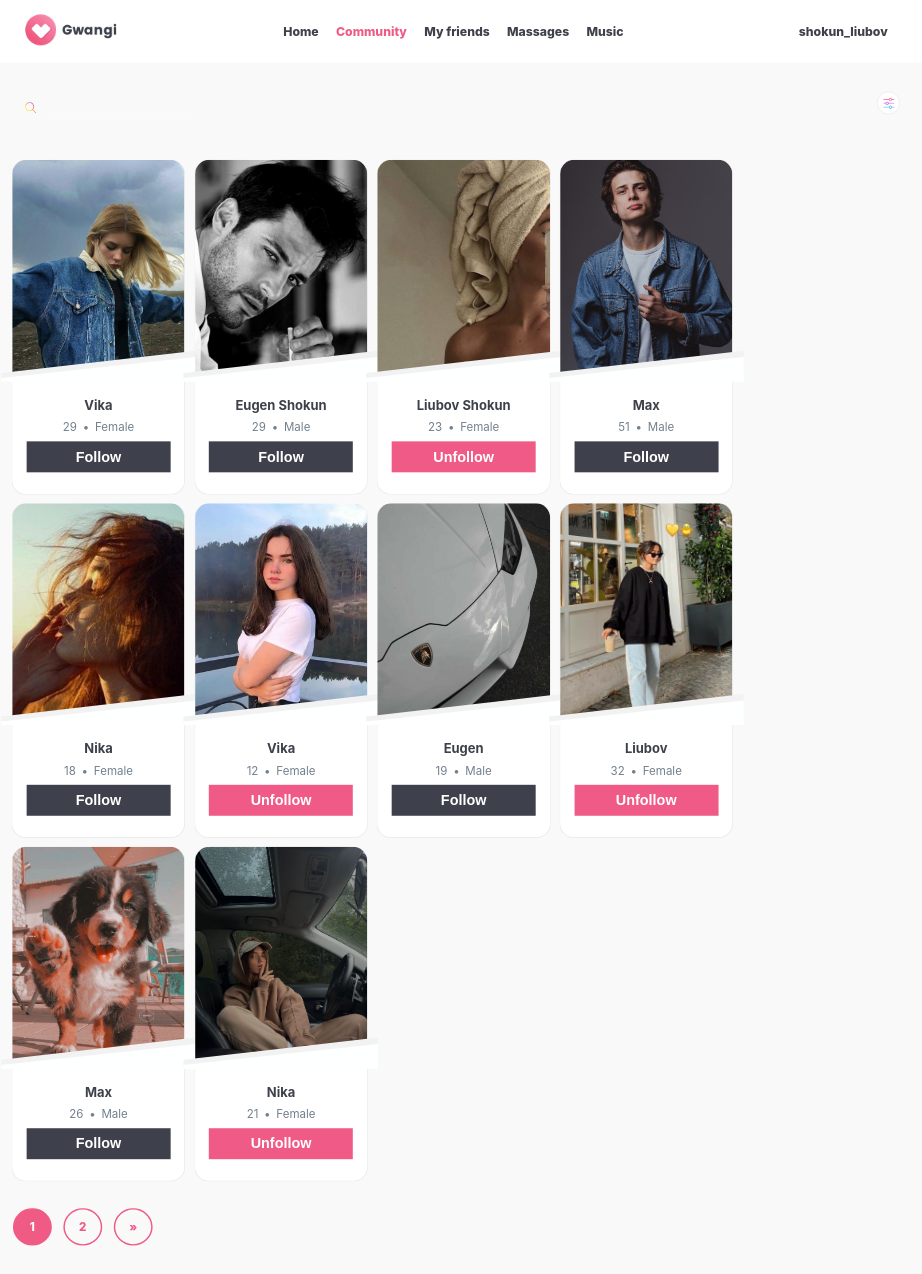
Repository: ShokunLiubov/Soc-Network-React
Page: /community
These files come from the project's save history. The page is drawn as it stood at one moment and after the next save; the edit follows.
The browser window is 1280 px wide. The pictures show the whole page, at 72% of full size.
The project was rebuilt for these pictures with package versions that can differ from the ones it lists, and the page was loaded fresh each time. Requests to the local data server were answered from the project's data file. Also part of the build but not shown: src/components/Auth/Registration/Registration.module.css, src/components/Auth/Registration/Registration.jsx, src/components/Dialogs/Dialogs.module.css, src/components/Dialogs/DialogItem/DialogItem.jsx, src/components/Dialogs/Massage/Massage.jsx, src/components/Dialogs/Dialogs.jsx, src/components/Home/Home.jsx, src/components/Music/Music.jsx and 9 more.

Above is the page before, as saved 2022-08-26 16:17:54.

After the next save:
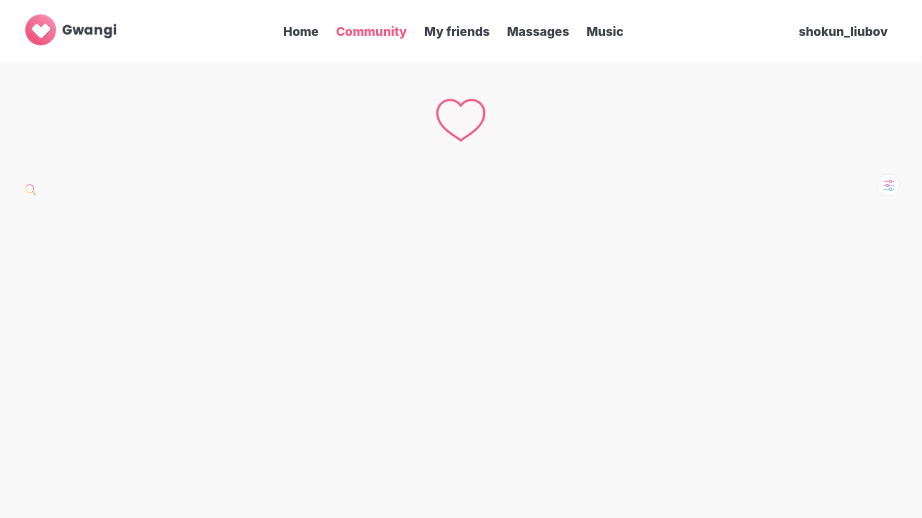
Saved 2 min 28 s later.
--- a/src/components/Community/CommunityContainer.jsx
+++ b/src/components/Community/CommunityContainer.jsx
@@ -10,12 +10,12 @@
     componentDidMount() {
         this.props.toggleFetching(true)
 
-        usersAPI.getUsers(this.props.currentPage, this.props.pageSize).then(data => {
-                this.props.toggleFetching(false)
-                this.props.setUsers(data)
-                this.props.setUsersTotalCount(20)
+        // usersAPI.getUsers(this.props.currentPage, this.props.pageSize).then(data => {
+        //         this.props.toggleFetching(false)
+        //         this.props.setUsers(data)
+        //         this.props.setUsersTotalCount(20)
 
-            })
+        //     })
     }
 
     onPageClick = (page) => {

After the save that followed:
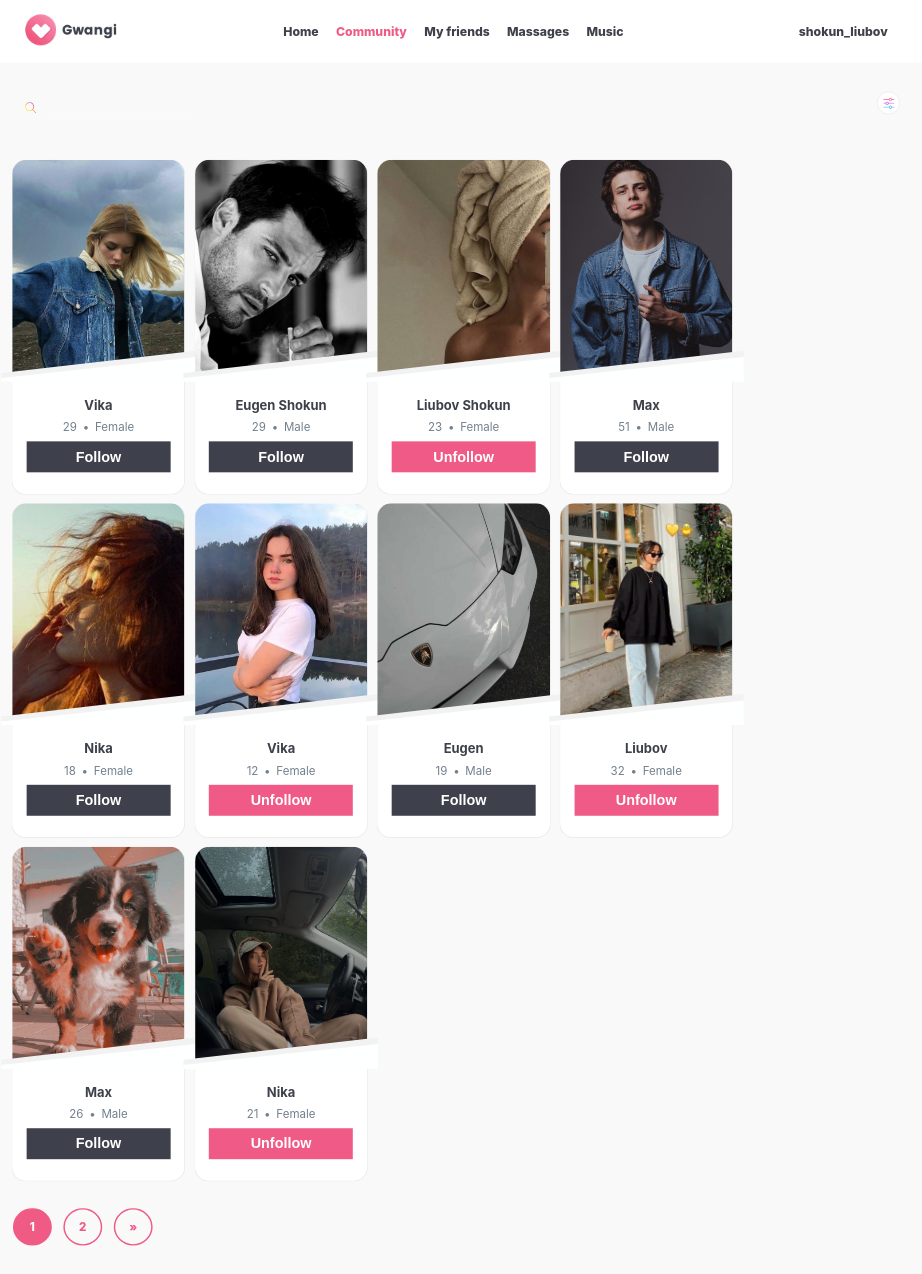
Saved 8 s later.
--- a/src/components/Community/CommunityContainer.jsx
+++ b/src/components/Community/CommunityContainer.jsx
@@ -10,12 +10,12 @@
     componentDidMount() {
         this.props.toggleFetching(true)
 
-        // usersAPI.getUsers(this.props.currentPage, this.props.pageSize).then(data => {
-        //         this.props.toggleFetching(false)
-        //         this.props.setUsers(data)
-        //         this.props.setUsersTotalCount(20)
+        usersAPI.getUsers(this.props.currentPage, this.props.pageSize).then(data => {
+                this.props.toggleFetching(false)
+                this.props.setUsers(data)
+                this.props.setUsersTotalCount(20)
 
-        //     })
+            })
     }
 
     onPageClick = (page) => {
